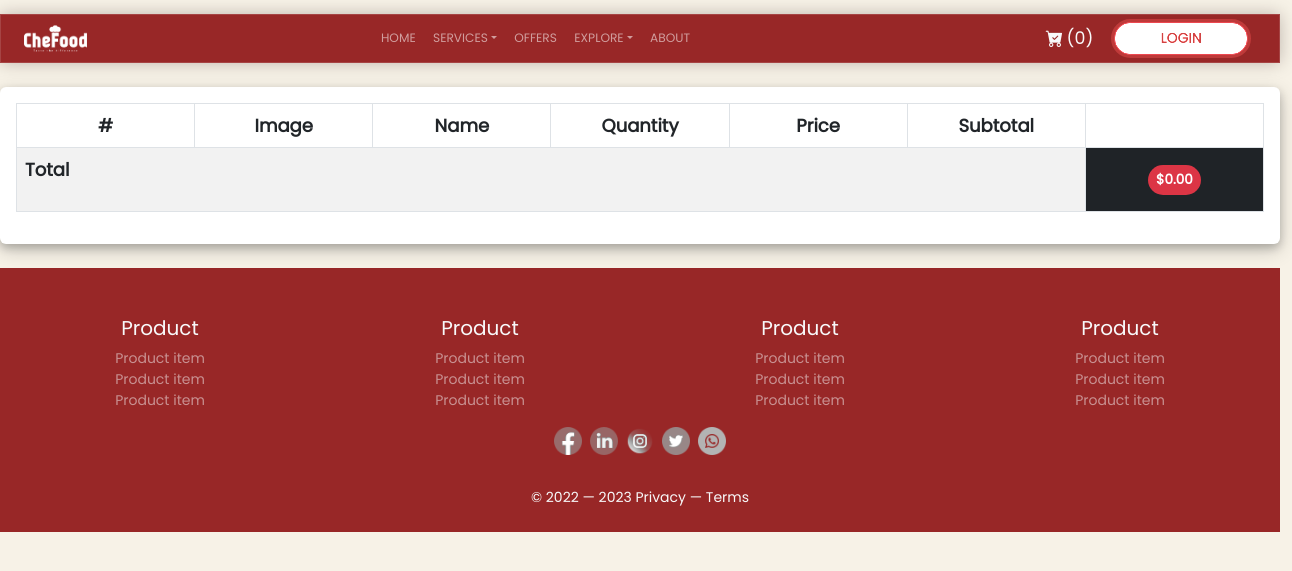
Repository: qamchamine/chefood
Page: /cart (app in front-end/)
The author's editor kept a copy of each file at every save. The page is drawn from the files as they stood at one save, then again after the next save.
The browser window is 1280 px wide. The page is 1292 px wide, so the pictures cover 1292 px, including what lies to the right of the window. The pictures show the whole page.
The project was rebuilt for these pictures with package versions that can differ from the ones it lists, and the page was loaded fresh each time. Some packages were replaced by stand-ins written for this rebuild. Also part of the build but not shown: front-end/src/css/products.css, front-end/src/components/small_components/ProductCard.jsx, front-end/src/components/small_components/AddProduct.jsx, front-end/src/components/pages/sub-pages/Products.jsx, front-end/src/components/small_components/ButtonMain.jsx, front-end/src/components/small_components/HomeCard.jsx, front-end/src/components/small_components/HomeCardFullSection.jsx, front-end/src/components/pages/Home.jsx and 34 more. Imported but missing from the stored project, and not drawn on this page: front-end/src/sounds/applause.mp3, front-end/src/sounds/wheel.mp3.

Above is the page before, as saved 2023-06-25 19:57:00.

### front-end/public/index.html
<!DOCTYPE html>
<html lang="en">
  <head>
    <meta charset="utf-8" />
    <link rel="icon" href="%PUBLIC_URL%/favicon.ico" />
    <meta name="viewport" content="width=device-width, initial-scale=1" />
    <meta name="theme-color" content="#000000" />
    <meta
      name="description"
      content="Web site created using create-react-app"
    />
    <link
    rel="stylesheet"
    href="https://fonts.googleapis.com/css?family=Roboto:400,700"
  />
  <link rel="stylesheet" href="https://cdn.jsdelivr.net/npm/bootstrap-icons@1.10.5/font/bootstrap-icons.css">

    <link rel="apple-touch-icon" href="%PUBLIC_URL%/logo192.png" />
    <link rel="manifest" href="%PUBLIC_URL%/manifest.json" />

    <link rel="stylesheet" href="https://fonts.googleapis.com/icon?family=Material+Icons">

    <link rel="stylesheet" href="https://maxcdn.bootstrapcdn.com/font-awesome/4.7.0/css/font-awesome.min.css">
    <script src="https://code.jquery.com/jquery-3.5.1.min.js"></script>
    <script src="https://cdn.jsdelivr.net/npm/popper.js@1.16.0/dist/umd/popper.min.js"></script>




    <title>React App</title>
  </head>
  <body>

    <div id="root"></div>
<!--     <script src="jquery/jquery-3.6.0.js"></script>  -->
    <script src="https://unpkg.com/sweetalert/dist/sweetalert.min.js"></script>

  </body>
</html>

### front-end/src/config/ShoppingContext.jsx

  import React, { createContext, useState, useEffect } from 'react';
  import Swal from 'sweetalert2'
  import axios from 'axios';

   const ShoppingContext = createContext();

const ShoppingProvider = ({ children }) => {
/*     const [orders,setOrders] = useState([])
     */

/*       function removeFromCart(item){
        setCartItems(cartItems.filter(product => product.id !== item.id));
        Swal.fire({
          position: 'top-end',
          icon: 'success',
          title: 'Your item has been removed',
          showConfirmButton: false,
          timer: 1500
        });
      } */

      return (
    <ShoppingContext.Provider value={
        { /* orders,setOrders */
          /* products,  cartItems, removeFromCart */
        }
      }>      {children}
    </ShoppingContext.Provider>
  );
};
export { ShoppingContext, ShoppingProvider }

### front-end/src/components/Footer.jsx
import React, { useEffect } from 'react'

import Facebook from '../images/icons/facebook.png'
import Linkedin from '../images/icons/linkedin.png'
import Instagram from '../images/icons/instagram.png'
import Twitter from '../images/icons/twitter.png'
import Whatsapp from '../images/icons/whatsapp.png'
import './../css/nav-footer.css';
export default function Footer() {

    return (
        <div className='footer container-fluid' style={{ background: '#982727' }}>
            <footer className=' py-2 pt-5 d-grid text-light'>
                <div className='row justify-content-around text-center '>
                    <div className='d-grid col-6 col-sm-12 col-md-6 col-lg-4 col-xl-3'>
                        <h5>Product</h5>
                        <a className='text-decoration-none text-light opacity-50' href="">Product item</a>
                        <a className='text-decoration-none text-light opacity-50' href="">Product item</a>
                        <a className='text-decoration-none text-light opacity-50' href="">Product item</a>
                    </div>
                    <div className='d-grid col-6 col-sm-12 col-md-6 col-lg-4 col-xl-3'>
                        <h5>Product</h5>
                        <a className='text-decoration-none text-light opacity-50' href="">Product item</a>
                        <a className='text-decoration-none text-light opacity-50' href="">Product item</a>
                        <a className='text-decoration-none text-light opacity-50' href="">Product item</a>
                    </div>
                    <div className='d-grid col-6 col-sm-12 col-md-6 col-lg-4 col-xl-3'>
                        <h5>Product</h5>
                        <a className='text-decoration-none text-light opacity-50' href="">Product item</a>
                        <a className='text-decoration-none text-light opacity-50' href="">Product item</a>
                        <a className='text-decoration-none text-light opacity-50' href="">Product item</a>
                    </div>
                    <div className='d-grid col-6 col-sm-12 col-md-6 col-lg-4 col-xl-3'>
                        <h5>Product</h5>
                        <a className='text-decoration-none text-light opacity-50' href="">Product item</a>
                        <a className='text-decoration-none text-light opacity-50' href="">Product item</a>
                        <a className='text-decoration-none text-light opacity-50' href="">Product item</a>
                    </div>
                </div>
                <div className='footer-icons row justify-content-center py-3 '>
                    <div className='d-flex gap-2 justify-content-center'>
                        <a href=""> <img src={Facebook} className='footer-icon' alt="" /> </a>
                        <a href=""> <img src={Linkedin} className='footer-icon' alt="" /> </a>
                        <a href=""> <img src={Instagram} className='footer-icon' alt="" /> </a>
                        <a href=""> <img src={Twitter} className='footer-icon' alt="" /> </a>
                        <a href=""> <img src={Whatsapp} className='footer-icon' alt="" /> </a>

                    </div>
                </div>
                <div className='row justify-content-center py-3'>
                    © 2022 — 2023 Privacy — Terms
                </div>
            </footer>
        </div>

    )
}

### front-end/src/components/small_components/shopping/Cart.jsx
import React,{useContext ,useEffect, useState} from 'react';
import axios from 'axios';
import '../../../css/cart.css'
import { ShoppingContext } from '../../../config/ShoppingContext';
import { LoginContext } from '../../../config/LoginContext';
import { getProd } from '../../pages/sub-pages/Products';
export default function Cart() {
    const {orders, setOrders} = useContext(LoginContext);
    const {prod, setProd} = useContext(LoginContext);
    const {userData, setUserData} = useContext(LoginContext);
    const {isLoggedIn} = useContext(LoginContext);
    const {loading, setLoading} = useContext(LoginContext);
    const [userOrders, setUserOrders] = useState([]);

/* useEffect(() => {
  setUserOrders(orders.filter(el=>el.user_id === 1))

  console.log(userOrders);
},[]); */

    return (
        <div className="row my-4">
            <div className="col-md-12">
                <div className="card">
                    <div className="card-body">
                        <table className="table table-hover table-striped ajouterPanierTable table-bordered">
                            <thead >
                                <tr>
                                    <th >#</th>
                                    <th >Image</th>
                                    <th >Name</th>
                                    <th >Quantity</th>
                                    <th >Price</th>
                                    <th>Subtotal</th>
                                    <th ></th>
                                </tr>
                            </thead>
                            <tbody>
                            { isLoggedIn?orders.map((item,i) => (
                                    <tr key={item.id}>

                                        <th scope="row">{i+1}</th>
                                        <td>
                {/*                             <img src={require(`../../../images/products/${prod.find(el=>el.id==item.product_id).category} (${prod.find((el,i)=>el.id===item.product_id).img}).png`)} alt={item.product_name}
                                                className="img-fluid rounded"
                                                width={60} height={60} /> */}
                                        </td>
                                        <td>{item.product_name}</td>
                                        <td>

                                            <b className="mx-2">
                                                {item.product_quantity}
                                            </b>

                                        </td>
                                        <td>{prod.find((el,i)=>el.id===item.product_id).price} <b>MAD</b> </td>
                                       <td>{(item.product_quantity * prod.find((el,i)=>el.id===item.product_id).price).toFixed(2)} MAD</td>
                                        <td>
                                            <i
                                                className="bi bi-cart-x text-danger"
                                                style={{cursor: 'pointer'}}
                                          /*       onClick={() => removeFromCart(item)} */
                                            ></i>
                                        </td>
                                    </tr>
                                )): ''
                            }
                            <tr>
                                <th colSpan={6} className="text-start">
                                    Total
                                </th>
                                <th colSpan={1} className=" bg-dark py-3">
                                    <span className="badge bg-danger text-center p-2 rounded-pill ">
                                        $
                                        {
                                            orders.reduce((acc,item) => acc += item.product_quantity * prod.find((el,i)=>el.id===item.product_id).price,0).toFixed(2)
                                        }
                                    </span>
                                </th>
                            </tr>
                            </tbody>
                        </table>
                    </div>
                </div>
            </div>
        </div>
    )
}

### front-end/src/css/home.css
.homeBG {
    height: fit-content;
    position: relative;
    right: -10%;
    top: 34%;
    z-index: -1;
    width: 100em !important;


}
@font-face {
    font-family: 'poppin';
    src: url('../fonts/Poppins/Poppins-Regular.ttf') ;
    font-weight: normal;
    font-style: normal;
  }
body {
    font-family:'poppin', sans-serif !important;
    background-color: #F7F2E7 !important;
    max-width: 100vw;
    font-weight: normal !important;
    overflow-x: hidden;
    font-size: 14px !important;
}

body::-webkit-scrollbar {
    width: 0;
}

.nb {
/*     position: fixed; */
/*     top: 1em; */
    background-color: #982727 !important;
    box-shadow: 0 0px 20px #1f020241;
    border: 1px solid #ffffff22;
}

.navbar {
    background-color: #982727 !important;
}

.changeColor {
    background-color: blue !important;
}

.signUP {
    background: white !important;
    color: #982727 !important;
    font-weight: bold !important;
    outline: 5px solid #982727ab;
    outline-offset: -2px;
    transition: 500ms ease;


}

.homeContent {
    height: 90vh;
    z-index: 0;
    margin-top: -1.5em !important;
}

.homeContent h1 {
    color: #F7F2E7;
    text-align: start;
width: 40vw !important;
}

.homeContent h1 span {
    position: relative;
    display: inline-block;
    margin-bottom: 10px;
    padding: 4px 20px 8px;
    transition: 1s ease;
}

.homeContent h1 span::before {
    content: '';
    position: absolute;
    background: #982727;
    left: 0;
    top: 0;
    z-index: -1;
    width: 100%;
    height: 100%;
    transform: skew(-10deg);
}

.homeContent h1 span:last-child::before {
    transform: skew(10deg);
}

.homeContent p {
    width: 72%;
    color: #982727;
    text-align: left;
}

.homeContent .homeMainButtons {
    width: 72%;
}

.cardBtn {
    transition: 1s ease;
}

.cardBtn:hover {
    filter: brightness(130%);

}

.cardBtn i {
    left: 63%;
    transition: 300ms ease;
}

.cardBtn:hover i {
    left: 75%;
}

.btnMain:hover {
    filter: brightness(130%);
}

.card-img-top {
    object-fit: cover;
}

.signUP:hover {

    background: #982727 !important;
    color: white !important;
    font-weight: bold !important;
    outline: 5px solid #ffffff55;
    outline-offset: -4px;
}

.cardsGroup:not(:first-child) {
    translate: 50% 0;
}

.arrow-1-1 {
    position: absolute;
    top: 50%;
    left: 0;
}

.home .carousel-control-prev-icon,
.home .carousel-control-next-icon {

    width: 1.3em;
    height: 1.3em;
    color:black !important;

    outline: 12px solid #982929;
    outline-offset: -1px;
    background-color: #982929;
    background-size: 100%, 100%;
    border-radius: 50%;
    box-shadow: 0 0 10px black;
}

.home .carousel-control-prev,
.home .carousel-control-next {
    z-index: 10;
    width: 4em !important;
/*     background: red; */

}

/* .py-4 {
    padding-top: 0rem !important;
    padding-bottom: 0rem !important;
} */

.nb{
    zoom:87%;
}

### front-end/src/css/cart.css
.ajouterPanierTable td{
    font-size: .9em;
    width: fit-content !important;
    text-align: center;
}
.ajouterPanierTable th{
    width: fit-content !important;
    text-align: center;
    width: 10% !important;
}

### front-end/src/css/Reviews.css
.Reviews-color
{
  color : #982727;
  text-transform: uppercase;
  letter-spacing: 0.5em;
}
.Reviews-paragraph
{
  font-size: 0.8em;
}
.parent-card{
    margin-top:50px !important;
}
.card
{
    border: none !important;
    box-shadow: 0 4px 8px 0 rgba(0, 0, 0, 0.2), 0 6px 20px 0 rgba(0, 0, 0, 0.19);
}
.user-name
{
    color : #000D7E;
}
.description
{
    color: #982727;
    font-size: 0.75em;
}
.comment{
    margin:5px;
    font-size:0.55em;
}
.reviewCardImage{
    margin-top:16px;
}
.reviewCard:hover .reviewCardImage{
    scale:1.2;
    margin-inline:.3em;
}
.reviewCard:hover .reviewCardImage{
    transition:300ms ease;
}
.reviewCard:hover .hoverstar{
    scale:1.2;
    margin-inline:.3em;
}
.reviewCard .hoverstar{
    transition:300ms ease;
}
.reviewCardImage{
    width:40%;
    transition:300ms ease;
}

.reviewCard strong{
    left:50%;
    translate:-50% 0;
    width:100%;
    bottom:.9em;
}

.the-bottom-page{
    margin-top:25px;
    position: absolute;
    left: auto;
    right: 0;
}

@media (max-width: 1200px) { /* Extra large devices (large desktops, 1200px and up) */
    .card {
      width: 100%;
    }
    .col-4 {
      width: 33.33333333%;
    }
    strong img{
        width: 19px;
    }
  }
  @media (max-width: 1118px) { /* Large devices (desktops, 992px and up) */
    .card {
      width: 100%;
    }
    .col-4 {
        width: 33.33333333%;
    }
    strong img{
        width: 16px;
    }
  }
  @media (max-width: 992px) { /* Medium devices (tablets, 768px and up) */
    .card {
        width: 140%;
    }
  }
  @media (max-width: 770px) { /* Medium devices (tablets, 768px and up) */
    .card {
        width: 95%;
    }
    .col-4 {
        width: 25% !important;
    }
    .parent-card
    {
        --bs-gutter-x: 0.5rem;
        display: grid !important;
        grid-template-columns: repeat(2, 1fr);
    }
    .col-4 {
        margin-top:10px !important;
        width: 60% !important;
    }
  }
  @media (max-width: 716px) { /* Small devices (landscape phones, 576px and up) */

    .card {
        width: 95%;
    }
        strong img{
        width: 16px;
    }
  }
  @media only screen and (max-width: 576px){ /* Small devices (landscape phones, 576px and up) */

    .card {
        width: 95%;
    }
    .col-md-2 {
        flex: 0 0 16.666667%;
        max-width: 16.666667%;
    }
    strong img{
        width: 16px;
    }
  }

  @media only screen and (max-width: 528px){ /* Small devices (landscape phones, 576px and up) */

    .card {
        width: 70%;
        margin-left:30px;
    }
    .parent-card
    {
        --bs-gutter-x: 0.5rem;
        display: grid !important;
        grid-template-columns: repeat(1, 1fr);
    }
    .col-md-2 {
        flex: 0 0 16.666667%;
        max-width: 16.666667%;
    }
    strong img{
        width: 16px;
    }
  }

  @media only screen and (max-width: 365px){ /* Small devices (landscape phones, 576px and up) */

    .card {
        width: 80%;
        margin-left:20px;
    }
    .parent-card
    {
        --bs-gutter-x: 0.5rem;
        display: grid !important;
        grid-template-columns: repeat(1, 1fr);
    }
    .col-md-2 {
        flex: 0 0 16.666667%;
        max-width: 16.666667%;
    }
    strong img{
        width: 16px;
    }
  }

### front-end/src/css/location.css
@import url('https://fonts.googleapis.com/css2?family=Roboto:wght@100&display=swap');

.location-color
{
  color : #982727;
  text-transform: uppercase;
  letter-spacing: 0.3em;
}
.where-restorant
{
    width: 459px;
    margin:auto;
}
.restorant-location-title{
    font-family: 'Century Gothic';
    font-size:32px;
    font-weight:400;
}
.restorant-location-line{
    background:#B12222;
    height: 3px;
    width: 450px;
    display: inline-block;
    margin: 15px auto;
}
.restorant-location-p
{
    color:#000000 75%;
    font-size: 15px;
    font-weight: 400;
    font-family: 'Roboto', sans-serif;
}
.main-location{
    display: grid !important;
    grid-template-columns: repeat(2, 1fr);
    flex-direction: column;
    justify-content: center;
    align-items: center;
    text-align:center;
}
.restorant-location-btn{
    background-color: #B12222;
    border: none;
    width: 300px;
    height: 40px;
    border-radius: 15px;
    color: #fff;
}
.restorant-location-btn:hover{
    background-color: #fff;
    border: 2px solid #B12222;
    border-radius: 15px;
    color: #B12222;
}
.location-icon{
    margin-right: 15px;
}


  @media (max-width: 1123px) { /* Extra large devices (large desktops, 1200px and up) */
    .earth-image img{
        width: 450px;
    }
  }
  @media (max-width: 992px) { /* Medium devices (tablets, 768px and up) */
    .earth-image img{
        width: 400px;
    }
    .where-restorant {
        width: 400px;
        margin: auto;
    }
    .restorant-location-line{
        width: 350px;
        display: inline-block;
    }
  }
  @media (max-width: 868px) { /* Medium devices (tablets, 768px and up) */

    .earth-image img{
        width: 380px;
    }
    .where-restorant {
        width: 380px;
        margin: auto;
    }
    .restorant-location-line{
        width: 320px;
        display: inline-block;
    }
    .restorant-location-p{
        font-size: 13px;
    }
    .restorant-location-title{
        font-size:28px;
    }

  }
  @media (max-width: 783px) { /* Small devices (landscape phones, 576px and up) */
    .earth-image img{
        margin-top: 30px;
        width: 380px;
    }
    .where-restorant {
        width: 380px;
        margin: auto;
    }
    .restorant-location-line{
        width: 320px;
        display: inline-block;
    }
    .restorant-location-p{
        font-size: 15px;
    }
    .restorant-location-title{
        font-size:32px;
    }
    .main-location{
        display: grid !important;
        grid-template-columns: repeat(1, 1fr);
        justify-items: center;
        text-align:center;
    }
  }
  @media(max-width: 401px){ /* Small devices (landscape phones, 576px and up) */
    .earth-image img{
        width: 330px;
        margin-top: 30px;
    }
    .where-restorant {
        width: 330px;
        margin: auto;
    }
    .restorant-location-line{
        width: 320px;
        display: inline-block;
    }
    .restorant-location-p{
        font-size: 13px;
    }
    .restorant-location-title{
        font-size:28px;
    }
    .main-location{
        display: grid !important;
        grid-template-columns: repeat(1, 1fr);
        justify-items: center;
        text-align:center;
    }
  }

### front-end/src/css/contactus.css
@import url('https://fonts.googleapis.com/css2?family=Inter:wght@200;400&family=Quattrocento+Sans&family=Roboto&display=swap');

.contactus-color{
    color : #982727;
    text-transform: uppercase;
    letter-spacing: 0.3em;
}
.image-contactus img{
    height: 620px;
}
.main-contactus{
    display: grid !important;
    grid-template-columns: repeat(2, 1fr);
    justify-items: center;
}
.message-information-send{
    width:auto;
    margin:auto;
}
.message-information-send label
{
    margin:25px 0 10px 0;
    font-family: 'Inter';
    font-style: normal;
    font-weight: 400;
    font-size: 13px;
    line-height: 26px;
    color: #692C2C;
}
.message-information-send input{
    padding:3px 15px;
    margin:15 0px;
    Width:425px;
    Height:56px;
    background: #F7F2E7;
    border: 2px solid #982727;
    border-radius: 5px;
}
.message-information-send {
    outline: none;
}
.message-information-send textarea{
    padding:15px;
    Width:425px;
    Height:220px;
    background: #F7F2E7;
    border: 2px solid #982727;
    border-radius: 5px;
}
.message-information-send textarea,input::placeholder{
    font-family: 'Inter';
    font-style: normal;
    font-weight: 200;
    font-size: 12px;
}
.message-information-send input,textarea:focus-visible{
    outline: none;
}
.send-contact-btn{
    margin-top: 14px;
    background-color: #B12222;
    border: none;
    width: 425px;
    height: 40px;
    border-radius: 15px;
    color: #fff;
    font-family: 'Roboto';
    font-style: normal;
    font-weight: 500;
    font-size: 19px;
}
.send-icon{
    margin-right:15px;
}
.send-contact-btn:hover{
    background-color: #fff;
    border: 2px solid #B12222;
    border-radius: 15px;
    color: #B12222;
}









  @media (max-width: 1118px) { /* Large devices (desktops, 992px and up) */
    .image-contactus img{
        height: 620px;
        width:550px;
    }

    .message-information-send input{
        width:325px;
    }
    .message-information-send textarea{
        width:325px;
    }
    .send-contact-btn{
        width:325px;
    }
  }
  @media (max-width: 992px) { /* Medium devices (tablets, 768px and up) */
    .image-contactus img{
        margin: auto;
        height: 550px;
        width:450px;
    }
    .message-information-send{
        margin-right:50px;
    }
    .message-information-send input{
        width:325px;
    }
    .message-information-send textarea{
        width:325px;
    }
    .send-contact-btn{
        width:325px;
    }
  }
  @media (max-width: 881px) { /* Medium devices (tablets, 768px and up) */
    .image-contactus img{
        margin: auto;
        height: 550px;
        width:450px;
    }
    .main-contactus{
        display: grid !important;
        grid-template-columns: repeat(1, 1fr);
        flex-direction: column;
        justify-content: center;
        align-items: center;
    }
    .message-information-send{
        margin:auto;
    }
    .message-information-send input{
        width: 425px;
    }
    .message-information-send textarea{
        width: 425px;
    }
    .send-contact-btn{
        width: 425px;
    }
  }


  @media only screen and (max-width: 467px){ /* Small devices (landscape phones, 576px and up) */

    .image-contactus img{
        margin: auto;
        height: 500px;
        width:330px;
    }
    .main-contactus{
        display: grid !important;
        grid-template-columns: repeat(1, 1fr);
        justify-items: center;
    }
    .message-information-send{
        margin:auto;
    }
    .message-information-send input{
        width: 325px;
    }
    .message-information-send textarea{
        width: 325px;
    }
    .send-contact-btn{
        width: 325px;
    }

  }

### front-end/src/css/Timer.css

@import url(https://fonts.googleapis.com/css?family=Titillium+Web:400,200,200italic,300,300italic,900,700italic,700,600italic,600,400italic);

/* .timer {
  font-family: 'Titillium Web', cursive;
  width: 800px;
  margin: 0 auto;
  text-align: center;
  color: white;
  background: #222;
  font-weight: 100;
} */

.timer {
  display: inline-flex;
  line-height: 1;
  padding: 20px;
  font-size: 40px;
  font-family: 'Times New Roman', cursive;


}
.timerD{
    border-radius: 2px;
    padding: 5px;
    font-size: 10px;
    border: 70px rgb(131, 55, 55);
    box-shadow:2px 2px 4px rgba(0, 0, 0, 0.4), 4px 4px 8px rgba(0, 0, 0, 0.2);
}

.Stime {
  display: block;
  font-size: 20px;
  color: rgb(206, 178, 19);

}

#days {
  font-size: 80px;
  color: rgb(92, 25, 5);
  background-color:rgb(230, 230, 234);

  margin: 15px;
}
#hours {
  font-size: 80px;
  color: rgb(92, 25, 5);
  background-color:rgb(230, 230, 234);
  margin: 15px;
}
#minutes {
  font-size: 80px;

  color: rgb(92, 25, 5);
  background-color:rgb(230, 230, 234);
  margin: 15px;
}
#seconds {
  font-size: 80px;
  color: rgb(92, 25, 5);
  background-color:rgb(230, 230, 234);
  margin: 15px;
}

Loaded but not shown: front-end/src/index.css (common file); front-end/src/config/LoginContext.js (93 lines, source omitted); front-end/src/App.js (42 lines, source omitted); front-end/src/index.js (24 lines, source omitted); front-end/src/css/reservation.css (400 lines, source omitted); front-end/src/components/Navbar.jsx (179 lines, source omitted); front-end/src/css/nav-footer.css (260 lines, source omitted)

After the next save:
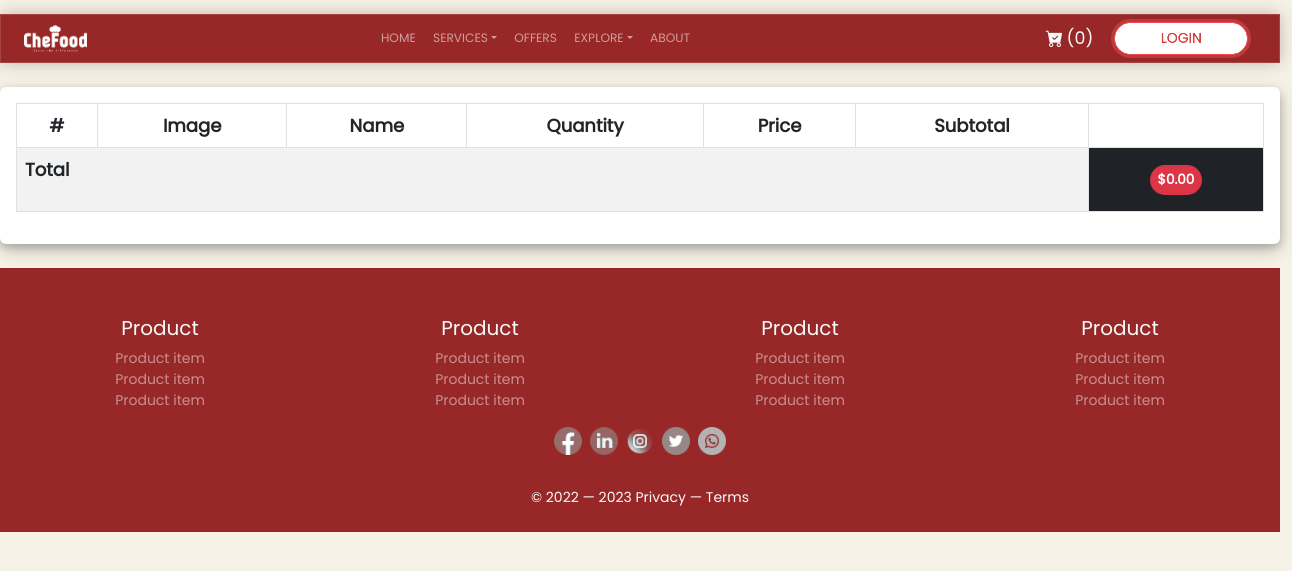
Saved 4 s later.
--- a/front-end/src/css/cart.css
+++ b/front-end/src/css/cart.css
@@ -6,5 +6,4 @@
 .ajouterPanierTable th{
     width: fit-content !important;
     text-align: center;
-    width: 10% !important;
 }
